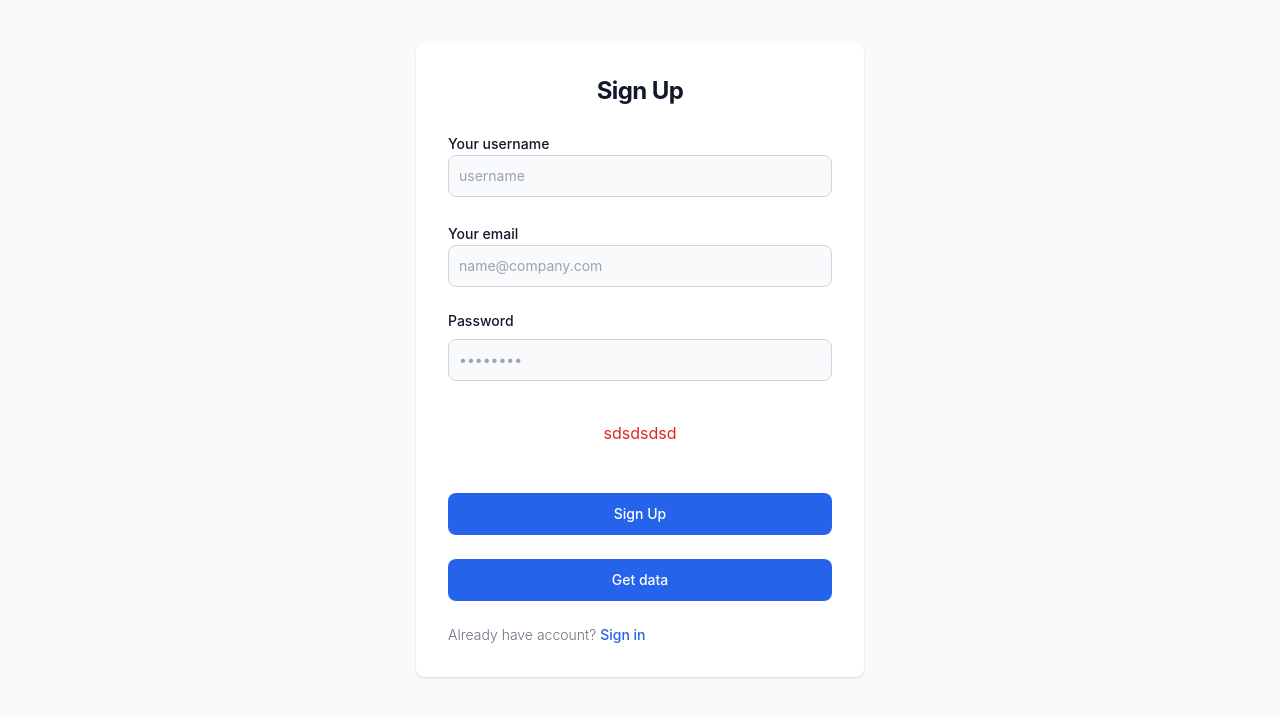
Repository: Than-sothearak/news-today
Page: /register (app in client/)
The author's editor kept a copy of each file at every save. The page is drawn from the files as they stood at one save, then again after the next save.
The browser window is 1280 px wide. The pictures show the whole page.
The project was rebuilt for these pictures with package versions that can differ from the ones it lists, and the page was loaded fresh each time. Also part of the build but not shown: client/vite.config.js, client/data.js, client/src/components/Post.jsx, client/src/components/HeroBanner.jsx, client/src/page/Home.jsx, client/src/page/Login.jsx, client/src/page/Single.jsx, client/src/page/Write.jsx and 3 more.

Above is the page before, as saved 2023-03-05 17:25:01.

After the next save:
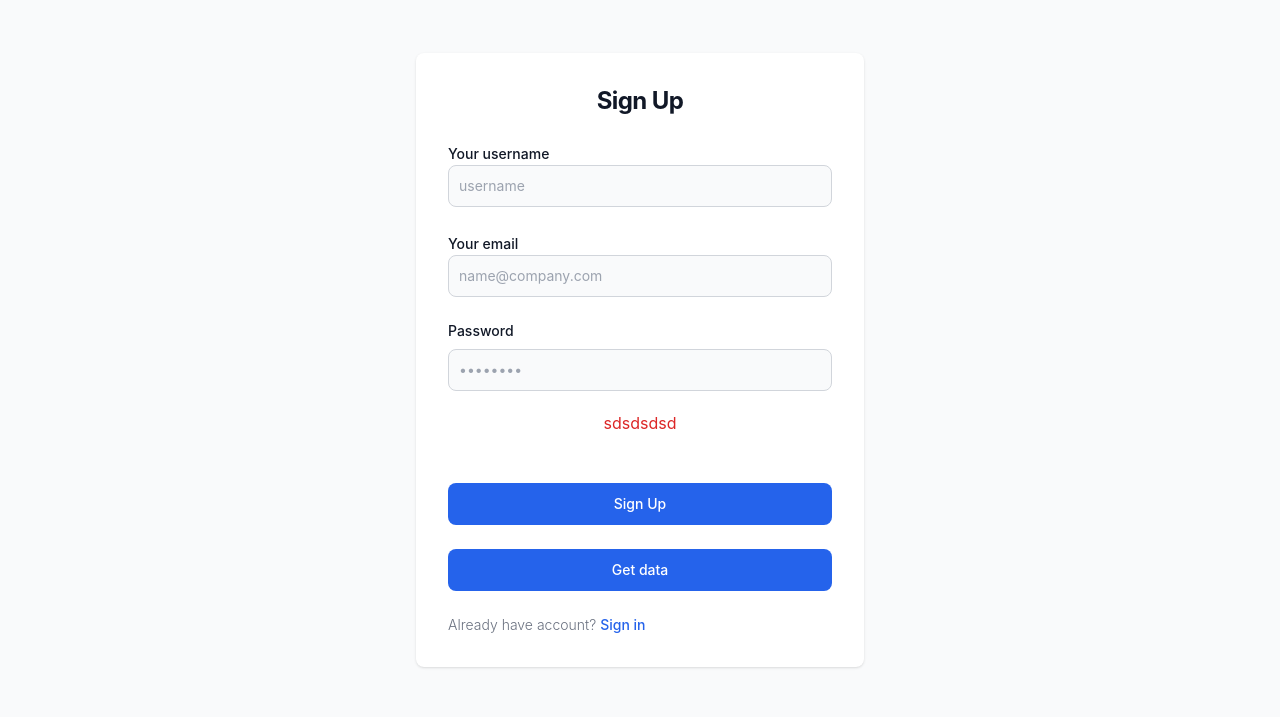
Saved 11 s later.
--- a/client/src/page/Register.jsx
+++ b/client/src/page/Register.jsx
@@ -104,7 +104,7 @@ export const Register = () => {
                   required=""
                   onChange={handleChange}
                 />
-                <p className="text-center text-red-600 mt-10">sdsdsdsd</p>
+                <p className="text-center text-red-600 mt-5">sdsdsdsd</p>
               </div>
               <div className="flex items-center justify-between">
                 <div className="flex items-start"></div>
